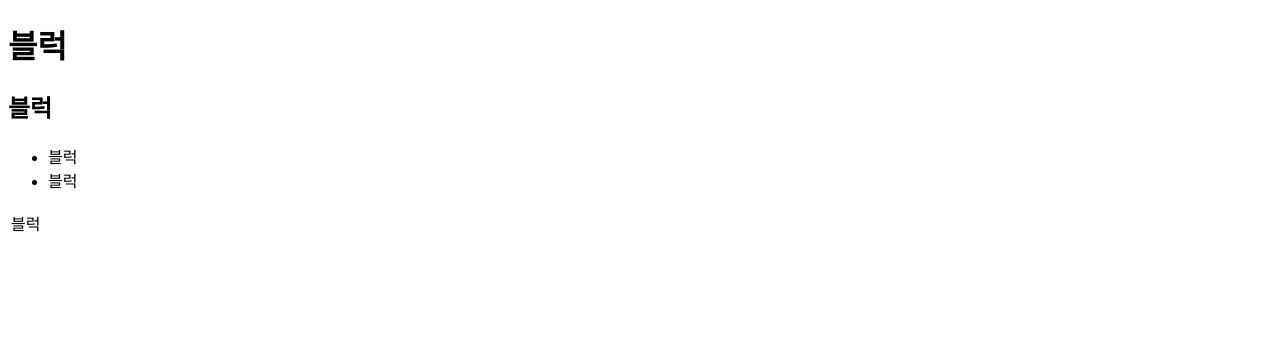
Repository: umhayun/myJSP
Page: HTML/src/main/webapp/inline_block.html
The author's editor kept a copy of each file at every save. The page is drawn from the files as they stood at one save, then again after the next save.
The browser window is 1280 px wide. The pictures show the whole page.

Above is the page before, as saved 2022-01-18 01:02:10.

After the next save:
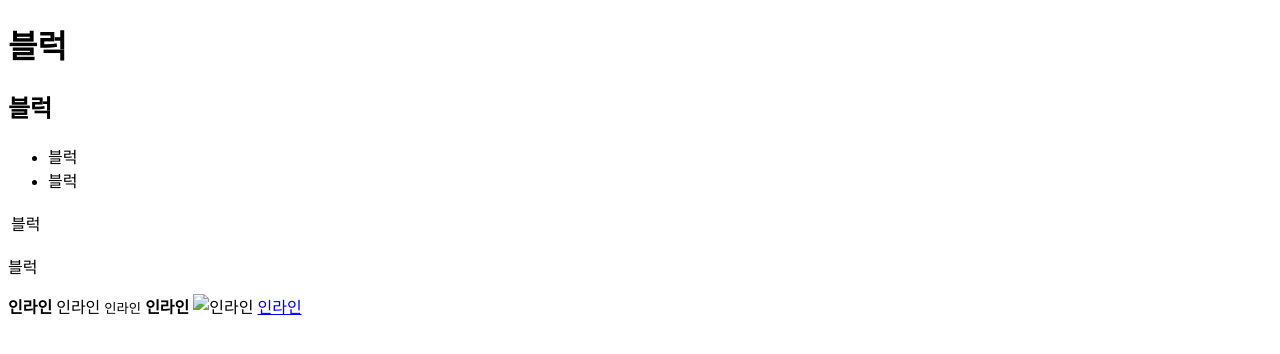
Saved 5 min 35 s later.
--- a/HTML/src/main/webapp/inline_block.html
+++ b/HTML/src/main/webapp/inline_block.html
@@ -20,5 +20,21 @@
 <td>블럭</td>
 </tr>
 </table>
+<form>
+<p>블럭</p>
+</form>
+<!-- 2. 인라인 요소 -->
+<!-- 인라인 요소의 특징은 줄바꿈이 없이 한줄로 출력
+전체를 사용하여 데이터를 표현하지 않음 -->
+<!-- 인라인 요소는 블럭요소를 포함할 수 없음 -->
+<b>인라인</b>
+<span>인라인</span>
+<small>인라인</small>
+<strong>인라인</strong>
+<img scr="경로" alt="인라인">
+<a href="#">인라인</a>
+
+
+
 </body>
 </html>
